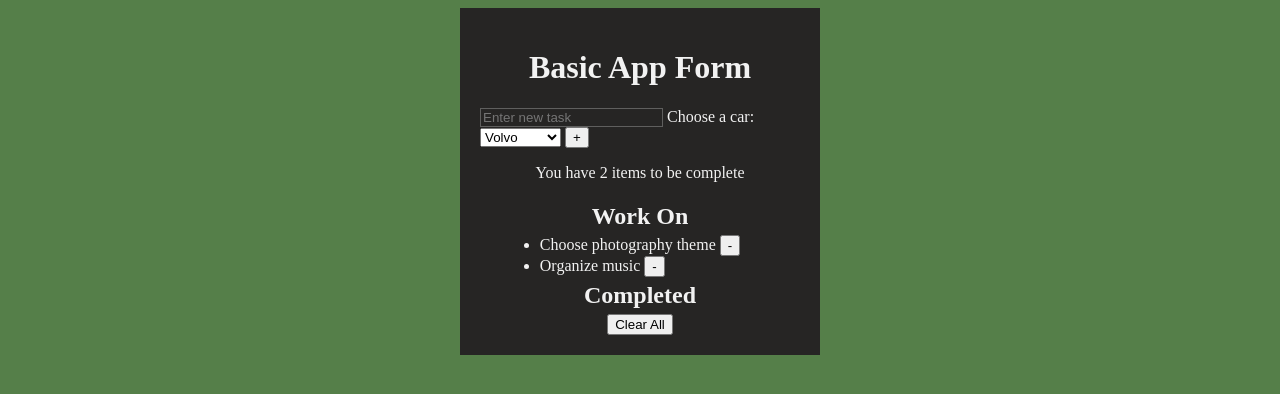
Repository: Kayla-amr/dgm_3760
Page: index.html
These files come from the project's save history. The page is drawn as it stood at one moment and after a run of saves; the edit follows.
The browser window is 1280 px wide. The pictures show the whole page.

Above is the page before, as saved 2022-11-29 10:51:01.

### index.html
<!DOCTYPE html>
<html lang="en">

<head>
    <meta charset="UTF-8">
    <meta http-equiv="X-UA-Compatible" content="IE=edge">
    <meta name="viewport" content="width=device-width, initial-scale=1.0">
    <link rel="stylesheet" href="styles.css">
    <title>Basic Todo App</title>
</head>

<body>
    <main>
        <div class="taskForm">
            <h1 class="formTitle"></h1>
            <div>
                <input class="userInput" type="text" placeholder="Enter new task">
                <label for="cars">Choose a car:</label>

<select name="cars" id="cars">
  <option value="volvo">Volvo</option>
  <option value="saab">Saab</option>
  <option value="mercedes">Mercedes</option>
  <option value="audi">Audi</option>
</select>
                <button class="addTask">+</button>
            </div>
            <p class="remainingTasks"></p>
            <h2>Work On</h2>
            <ul class='todoTasks'>
            </ul>
            <h2>Completed</h2>
            <ul class='completedTasks'>
            </ul>

            <button id="clearBtn">Clear All</button>
    </main>

    </div>
</body>
<script src="index.js"></script>

</html>

### styles.css
body{
    background-color: #557f49;
    color: #f2f2f2;
}
main{
    display: flex;
    justify-content: center;
}
h2{
    margin: 0;
    padding: 5px;
}
.taskForm{
    background-color: #262524;
    padding: 20px;
    width: 20rem;
    display: flex;
    flex-direction: column;
    align-items: center;
}

.todoTasks{
    margin: 0;
    padding: 0;
}
.completedTasks{
    margin: 0;
    padding: 0;
}
.userInput{
    background-color: #eaaf1900;
    border: 1px solid #808080a1;
    color: #f2f2f2;
}

### index.js
const addBtn = document.querySelector('.addTask'); //store element object for the add task button
const todoTaskUl = document.querySelector('.todoTasks'); //get a reference to the task container UL
const completedTaskUL = document.querySelector('.completedTasks'); //get a reference to the task container UL
const clearBtn = document.querySelector('#clearBtn'); //clear button
const removeBtn = document.querySelector('.removeBtn');
const remainingTasks = document.querySelector('.remainingTasks');

let myList = [
	{
		id: 0,
		name: 'Choose photography theme',
		category: 'Homework',
		due_date: 'Tomorrow',
		status: false
	},
	{
		id: 1,
		name: 'Organize music',
		category: 'Chores',
		due_date: 'Wednesday',
		status: false
	}
];

//app title
document.querySelector('.formTitle').innerText = 'Basic App Form';

//view todods

function displayTodos(todos) {
	//clear out any tasks (li elements) that are in the UL
	todoTaskUl.innerHTML = '';
	completedTaskUL.innerHTML = '';
	//for each todo in the array, add it to the container UL
	todos.forEach(function(myTask) {
		if (myTask.status != true) {
			todoTaskUl.innerHTML += `<li data-todoId='${myTask.id}'> ${myTask.name} <button class="removeBtn" onclick="deleteTask()">-</button></li>`;

		} else {
			completedTaskUL.style.textDecoration = 'line-through';
			completedTaskUL.innerHTML += `<li data-todoId='${myTask.id}'> ${myTask.name} <button class="removeBtn" onclick="deleteTask()">-</button></li>`;
		}
	});
}

//add todos

function addTask() {
	let userInput = document.querySelector('.userInput').value;

	const newTodoObj = {
		id: myList.length + 1,
		name: userInput,
		category: null,
		due_date: null,
		status: false
	};

	myList.push(newTodoObj);
	displayTodos(myList);
}

// create a function to complete todos
function editTask() {
	const clickedTodoId = event.target.dataset.todoid;
	const todoIdx = myList.findIndex((todo) => todo.id == clickedTodoId);
	myList[todoIdx].status = !myList[todoIdx].status;
	console.log(myList);
	displayTodos(myList);
	// function will take 1 parameter (input) an id of the todo to complete
	// find the todo to complete and then change the value of status in the todo object
	//use the .findIndex method to get the index
	//then edit the object directly using bracket notation
	//IE: myList[todoIDX].status
}

//create a function to delete todos
function deleteTask() {
	const todoIdx = myList.findIndex((todo) => todo.obj == removeBtn);
	myList.splice(todoIdx, 1);
	displayTodos(myList);
	//much the same as the complete todo function
	//instead of editing the object, you will need to remove it from the array
}

function deleteComplete() {
	myList.forEach((todo, index, array) => {
		if (todo.status) {
			array.splice(index, 1);
		}
	});
}

function remaining() {
	remainingTasks.textContent = `You have ${todoTaskUl.tagName.length} items to be complete`;
}

remaining();
//for complete and delete event listeners you will need to listen for events on the UL

addBtn.addEventListener('click', (event) => {
	addTask();
});

todoTaskUl.addEventListener('click', (event) => {
	editTask();
});

completedTaskUL.addEventListener('click', (event) => {
	editTask();
});

clearBtn.addEventListener('click', (event) => {
	deleteComplete();
	displayTodos(myList);
});

//on page load, show the todos
displayTodos(myList);

After the next 4 saves:
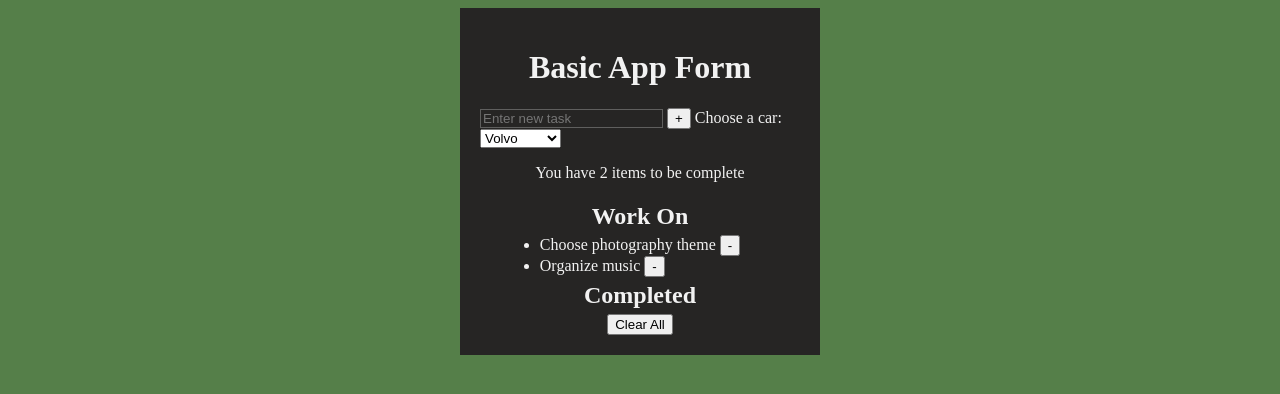
The 4 saves are shown as one change because they came seconds apart.
The last was saved 10 s later.
--- a/index.html
+++ b/index.html
@@ -15,6 +15,8 @@
             <h1 class="formTitle"></h1>
             <div>
                 <input class="userInput" type="text" placeholder="Enter new task">
+                <button class="addTask">+</button>
+
                 <label for="cars">Choose a car:</label>
 
 <select name="cars" id="cars">
@@ -23,7 +25,6 @@
   <option value="mercedes">Mercedes</option>
   <option value="audi">Audi</option>
 </select>
-                <button class="addTask">+</button>
             </div>
             <p class="remainingTasks"></p>
             <h2>Work On</h2>
